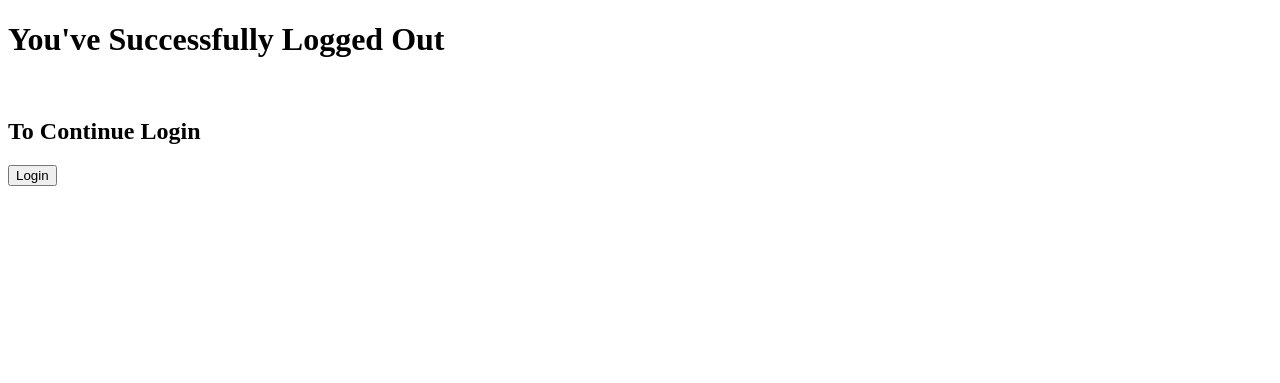
Repository: msibgathulla9980/Servlet
Page: LoginRegistrationApp/WebContent/logout.html
The author's editor kept a copy of each file at every save. The page is drawn from the files as they stood at one save, then again after the next save.
The browser window is 1280 px wide. The pictures show the whole page.

Above is the page before, as saved 2019-01-23 04:28:49.

### LoginRegistrationApp/WebContent/logout.html
<!DOCTYPE html>
<html>
<head>
<meta charset="UTF-8">
<title>LogoutPage</title>
</head>
<body>
<h1>You've Successfully Logged Out</h1><br>
<h2>To Continue Login</h2>
<a href="login.html" ><input type="submit" value="Login"/></a>
</body>
</html>

After the next save:
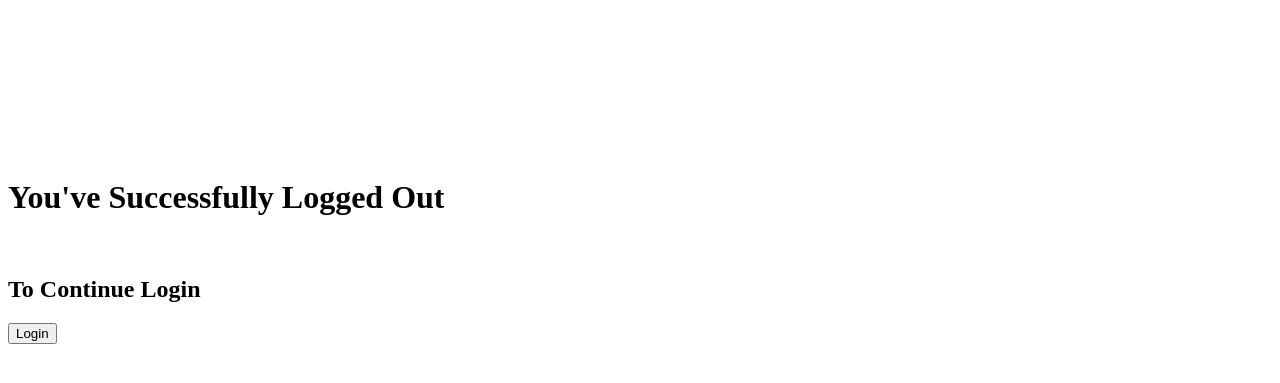
Saved 17 s later.
--- a/LoginRegistrationApp/WebContent/logout.html
+++ b/LoginRegistrationApp/WebContent/logout.html
@@ -4,7 +4,7 @@
 <meta charset="UTF-8">
 <title>LogoutPage</title>
 </head>
-<body>
+<body><object align="middle"></object>
 <h1>You've Successfully Logged Out</h1><br>
 <h2>To Continue Login</h2>
 <a href="login.html" ><input type="submit" value="Login"/></a>
